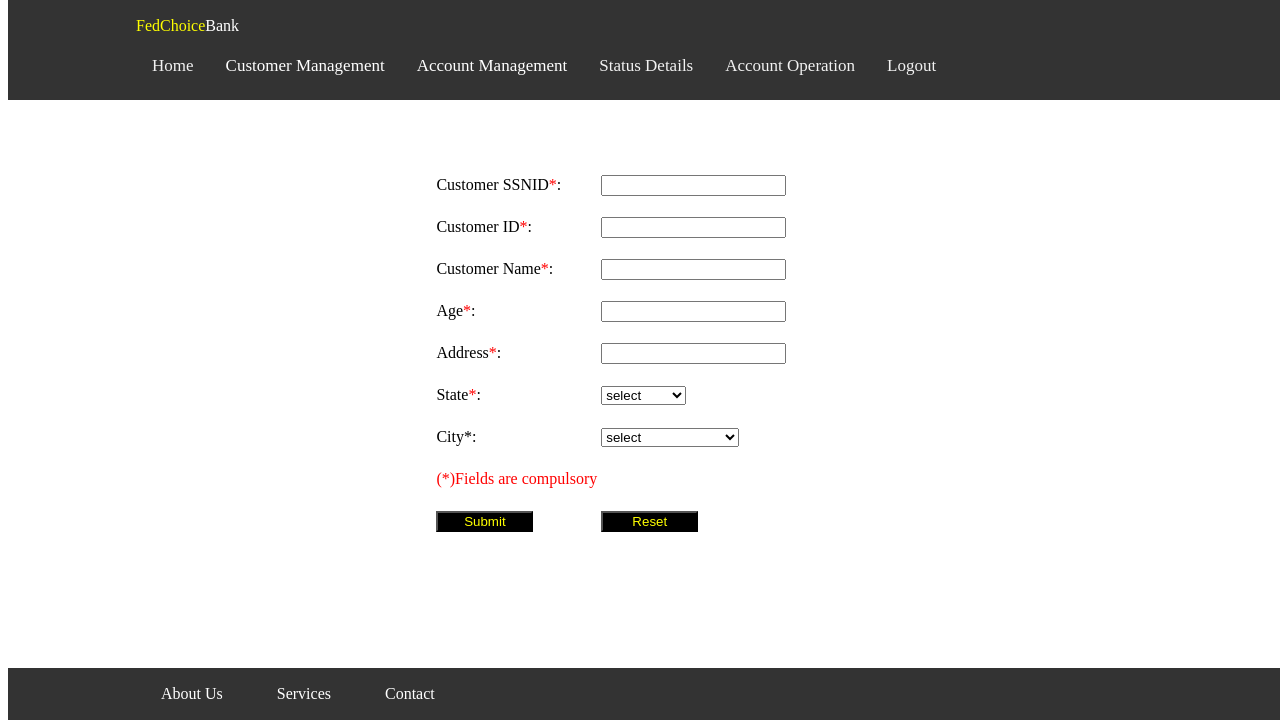
Repository: gopikavinod/RBM
Page: http://localhost/Retail_Bank_Management/userLogged.jsp
These files come from the project's save history. The page is drawn as it stood at one moment and after the next save; the edit follows.
The browser window is 1280 px wide. The pictures show the whole page.
The page is served by Tomcat 9.

Above is the page before, as saved 2020-06-22 07:57:49.

After the next save:
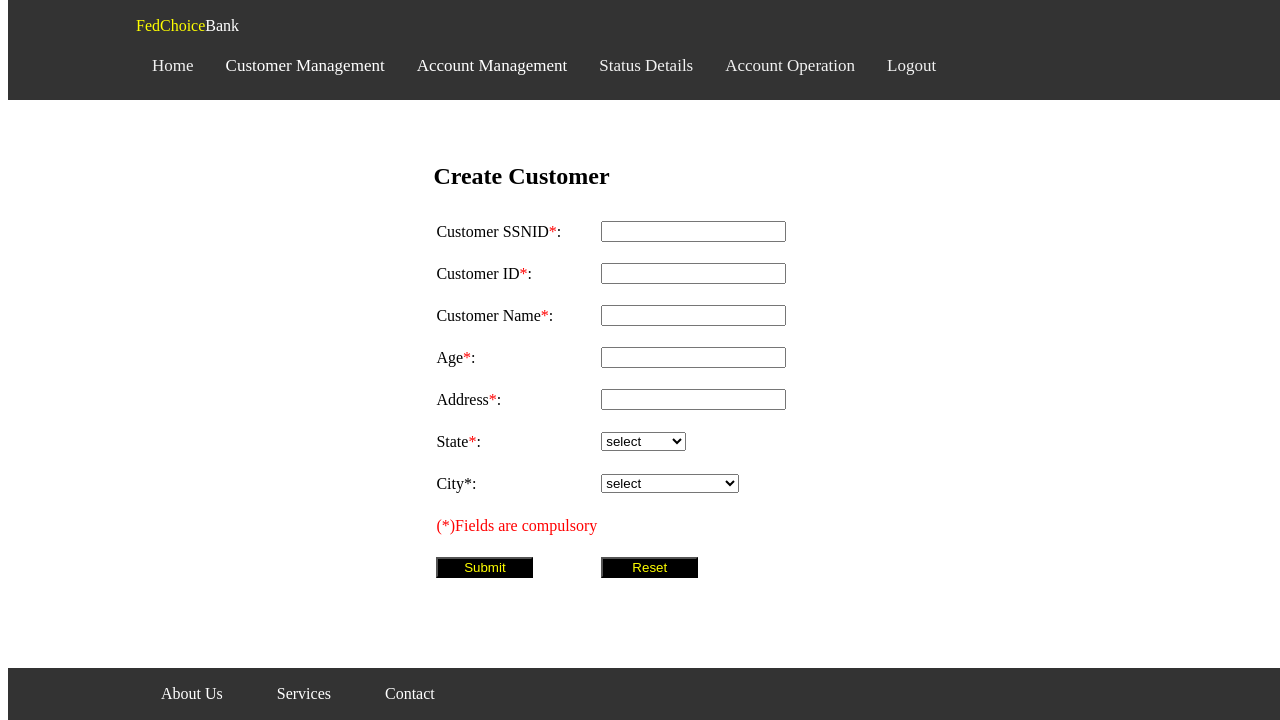
Saved 71 s later.
--- a/eclipse-workspace/Retail Bank Management/WebContent/userLogged.jsp
+++ b/eclipse-workspace/Retail Bank Management/WebContent/userLogged.jsp
@@ -175,6 +175,7 @@
     <p>
     	<form action="CustomerServlet" name="createCustomer" enctype="multipart/form-data" style="margin-top: 95px;
     margin-left: 299px;" >
+    <h2>Create Customer</h2>
     <table>
 <tr >
 <td>Customer SSNID<span class="aestric">*</span>:</td>
